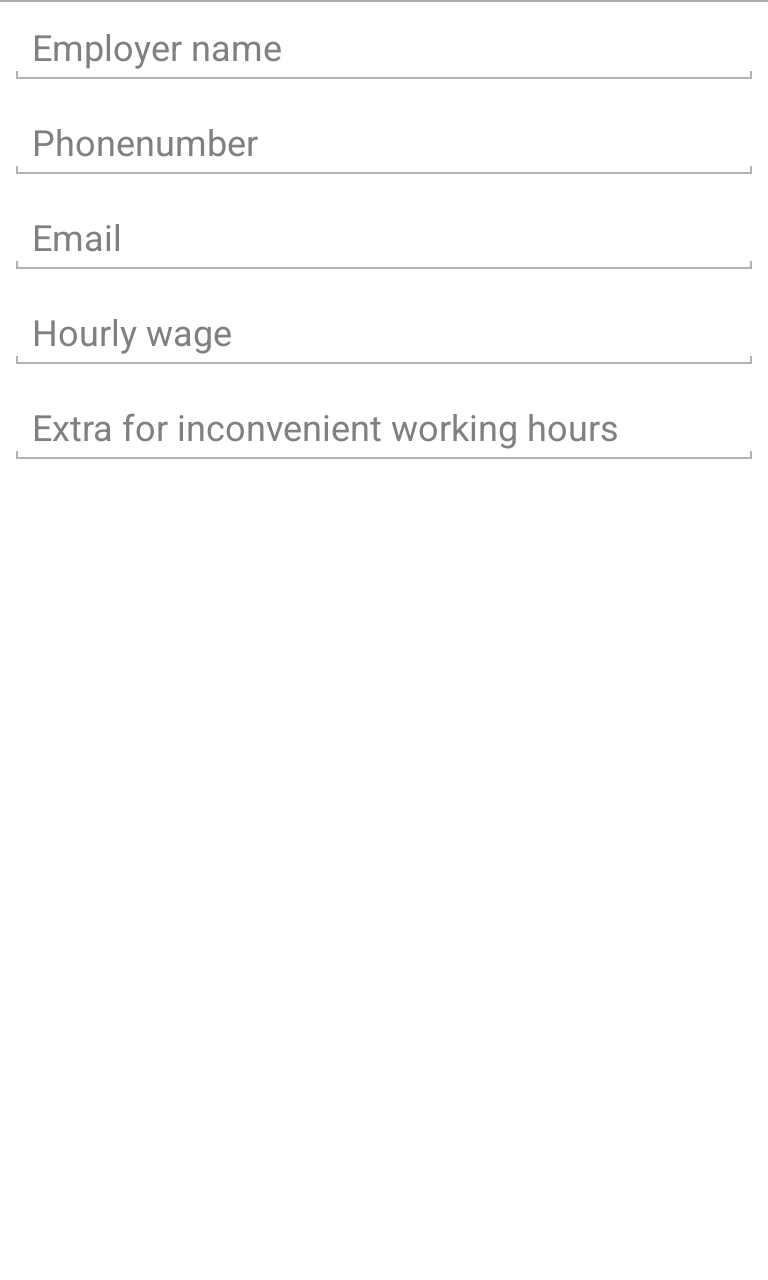
Repository: LudvigN/Hourly
Layout: Hourly/res/layout/add_emp_dialog.xml
The author's editor kept a copy of each file at every save. The layout is drawn from the files as they stood at one save, then again after a run of saves.
It is drawn on a 768 x 1280 px phone screen (xhdpi) without system bars, with theme AppTheme; the app's code is not run.

Above is the layout before, as saved 2014-03-22 14:44:35.

After the next 2 saves:
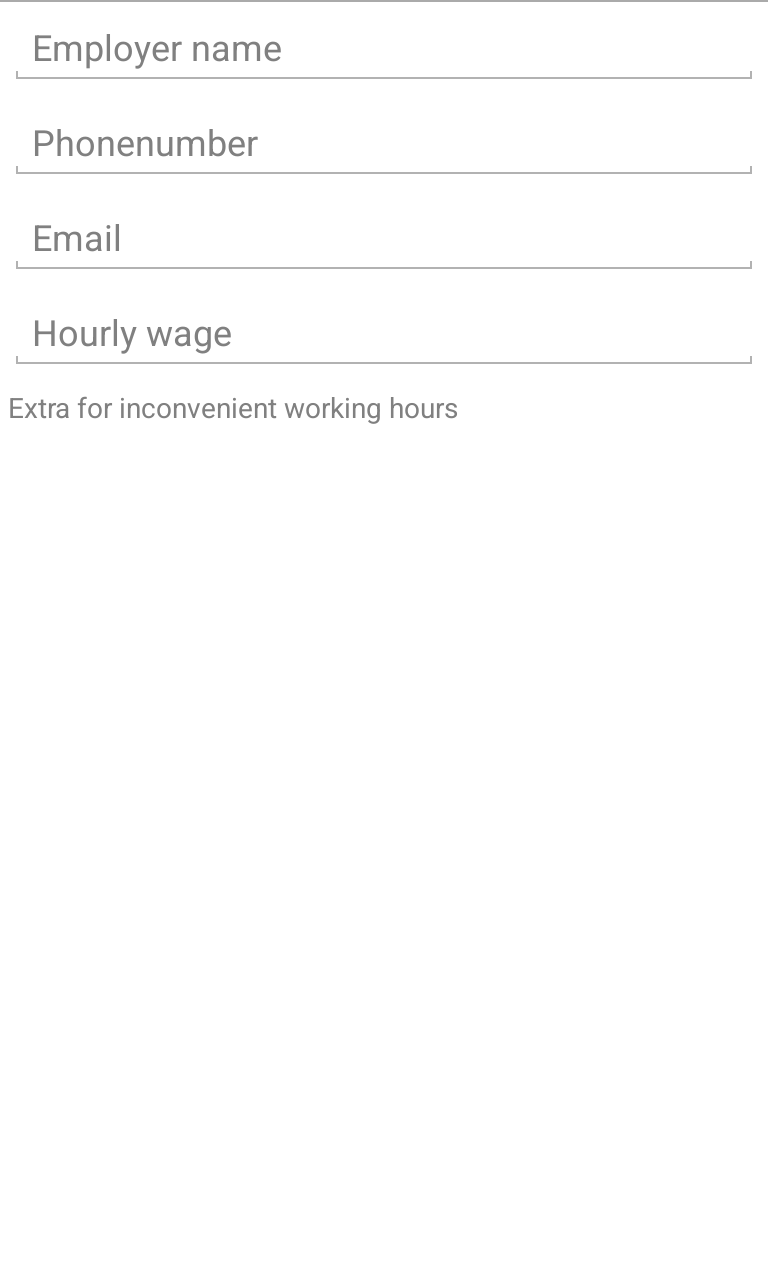
The 2 saves are shown as one change because 1 did not build or start.
The last was saved 7 min 10 s later.
--- a/Hourly/res/layout/add_emp_dialog.xml
+++ b/Hourly/res/layout/add_emp_dialog.xml
@@ -47,14 +47,22 @@
     android:layout_width="fill_parent"
     android:layout_height="1dp"
     android:background="@android:color/darker_gray"/>
-     <EditText
-        android:id="@+id/dialog_txt_new_emp_ob"
+     <TextView
+        android:id="@+id/dialog_tv_new_emp_ob"
         android:layout_width="match_parent"
         android:layout_height="wrap_content"
         android:layout_margin="4dp"
+        android:hint="@string/newEmpOb"
+        android:layout_below="@id/dialog_txt_new_emp_salery"
+
+        />
+     <TextView
+        android:id="@+id/dialog_txt_new_emp_ob"
+        android:layout_width="20dp"
+        android:layout_height="wrap_content"
+        android:layout_margin="4dp"
         android:inputType="number"
-        android:hint="@string/newEmpOb"
-         android:layout_below="@id/dialog_txt_new_emp_salery"
+         android:layout_below="@id/dialog_tv_new_emp_ob"
 
         />
 
